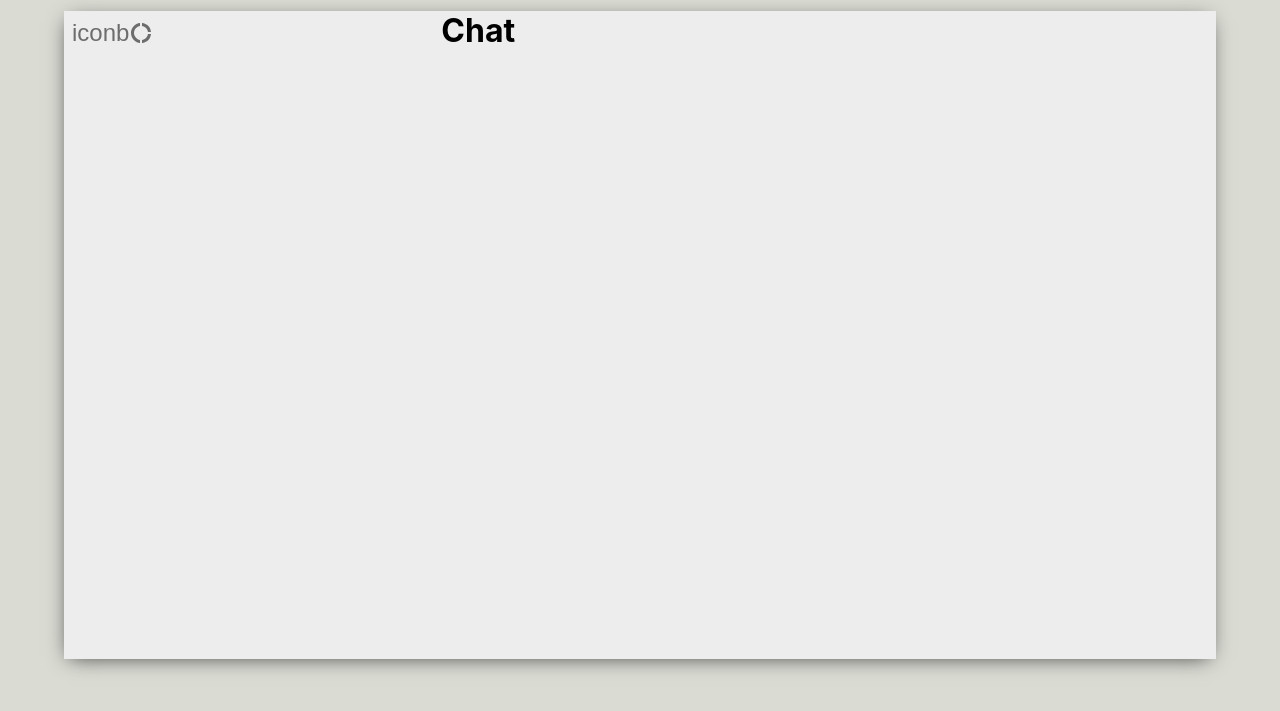
Repository: nadavmza/whatsapp-mern
Page: /
These files come from the project's save history. The page is drawn as it stood at one moment and after the next save; the edit follows.
The browser window is 1280 px wide. The pictures show the whole page.
The project was rebuilt for these pictures with package versions that can differ from the ones it lists, and the page was loaded fresh each time. Also part of the build but not shown: src/Chat.css.

Above is the page before, as saved 2021-12-22 00:20:14.

### src/index.js
 import React from 'react';
import ReactDOM from 'react-dom';
import './index.css';
import App from './App';
import reportWebVitals from './reportWebVitals';

ReactDOM.render(
  <React.StrictMode>
    <App />
  </React.StrictMode>,
  document.getElementById('root')
);

// If you want to start measuring performance in your app, pass a function
// to log results (for example: reportWebVitals(console.log))
// or send to an analytics endpoint. Learn more: https://bit.ly/CRA-vitals
reportWebVitals();

### src/App.js
import './App.css';
import Chat from './Chat';
import Sidebar from './Sidebar';
import React from "react";

function App() {
  return (

    <div className="app">
      <div className="app_body">
        <Sidebar/>
         <Chat/>
      </div>
    </div>
  );
}

export default App;

### src/App.css
.app{
  display:grid;
  place-items: center;
  height: 100vh;
  background-color:#dadbd3;
}


.app_body{
  display:flex;
  background-color: #ededed;
  margin-top: -50px;
  height: 90vh;
  width:90vw;
  box-shadow: -1px 4px 20px -6px rgba(0,0,0,0.75);
}

### src/Chat.js
import React from 'react'
import './Chat.css';

function Chat() {
    return (
        <div>
            <h1>Chat</h1>
        </div>
    )
}

export default Chat

### src/Sidebar.js
import React from 'react';
import "./Sidebar.css";
import DonutLargeIcon from '@mui/icons-material/DonutLarge';
import { Avatar,IconButton } from '@mui/material';
function Sidebar() {
    return (
        <div className='sidebar'>
            <div className="sidebar_header">
                <div className="sidebar_headerRight">
                    <IconButton>
                        iconb
                        <DonutLargeIcon/>
                    </IconButton>
                </div>
            </div>
        </div>
    );

}

export default Sidebar

### src/Sidebar.css
.sidebar{
    display:flex;
    flex-direction: column;
    flex:0.35;


    /* flex:0.35 means that Chat component take 35 precent
    of the screen */
}

Loaded but not shown: public/index.html (common file); src/index.css (common file); src/reportWebVitals.js (common file)

After the next save:
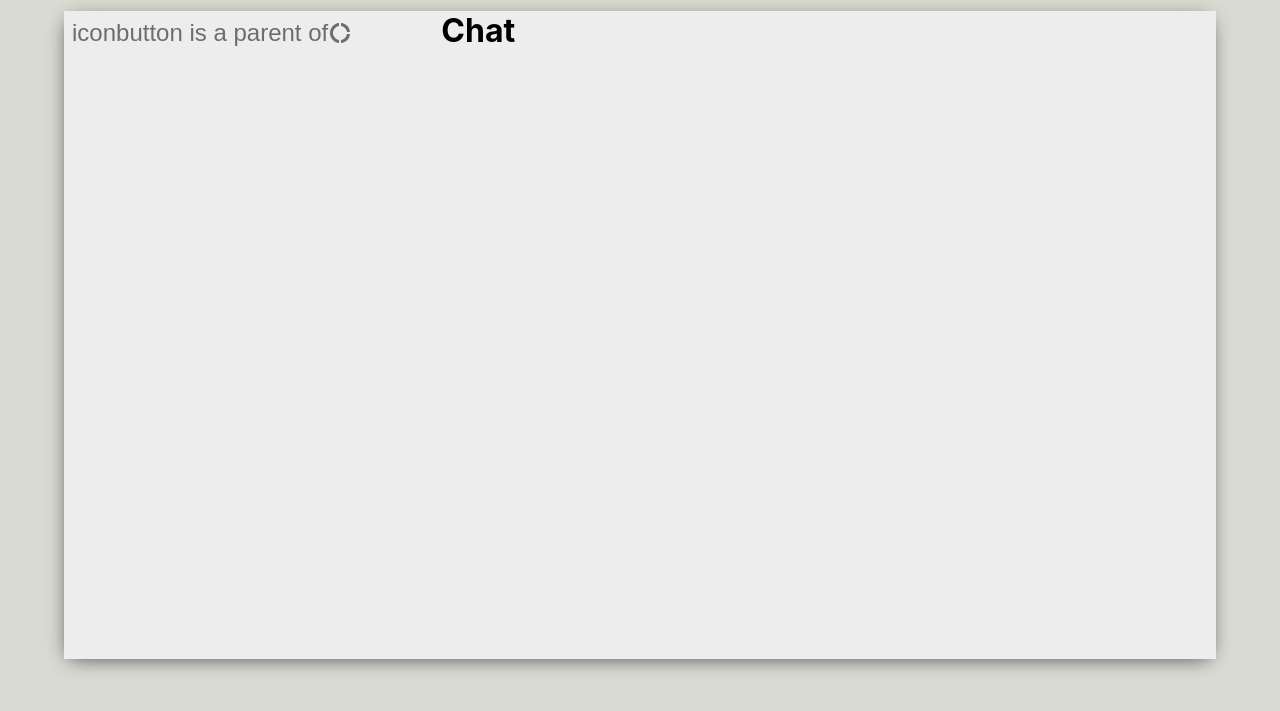
Saved 7 s later.
--- a/src/Sidebar.js
+++ b/src/Sidebar.js
@@ -8,7 +8,8 @@ function Sidebar() {
             <div className="sidebar_header">
                 <div className="sidebar_headerRight">
                     <IconButton>
-                        iconb
+                        iconbutton is a parent of
+
                         <DonutLargeIcon/>
                     </IconButton>
                 </div>
